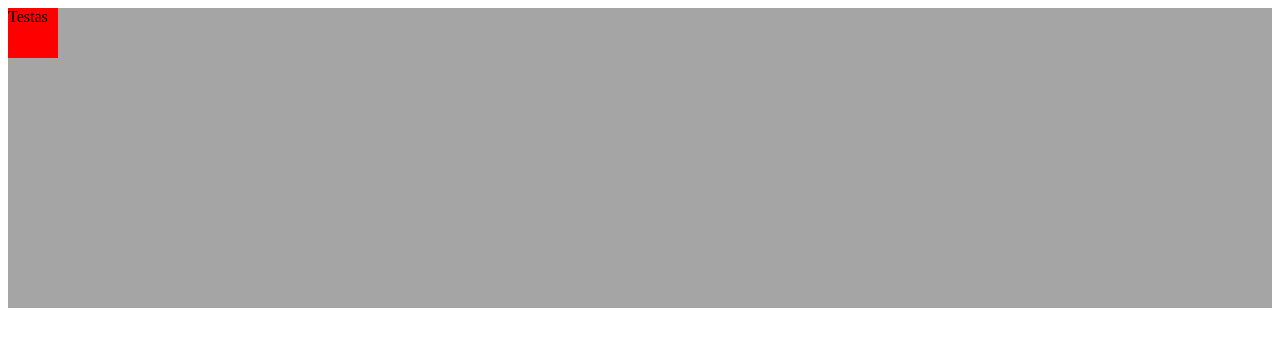
Repository: motiejus1/13-paskaita-05.31
Page: index.html
The author's editor kept a copy of each file at every save. The page is drawn from the files as they stood at one save, then again after a run of saves.
The browser window is 1280 px wide. The pictures show the whole page.

Above is the page before, as saved 2021-06-21 19:40:30.

After the next 4 saves:
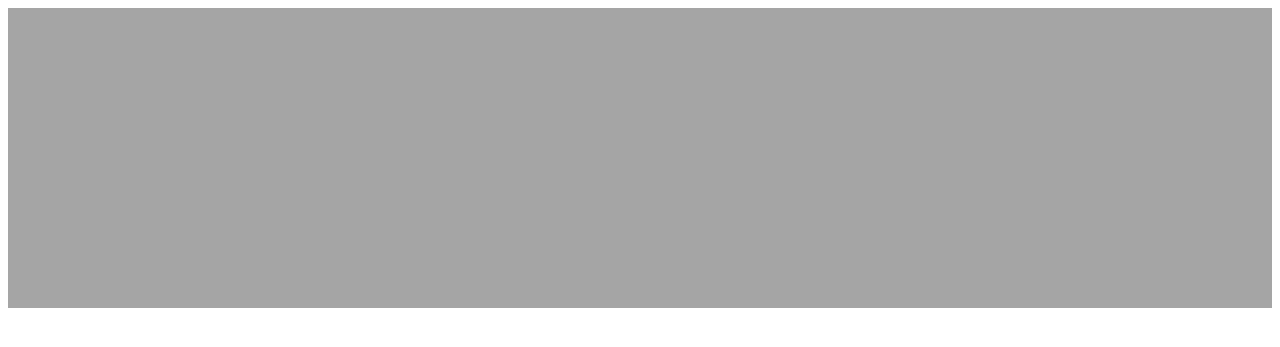
The 4 saves are shown as one change because they came seconds apart.
The last was saved 4 min 10 s later.
--- a/index.html
+++ b/index.html
@@ -38,9 +38,11 @@
 <!-- position relative  -->
 
 <div class="container">
-    <div class="kvadratelis">
-        Testas
-    </div>
+
+    <div class=
+
+
+
 </div>
 
 
